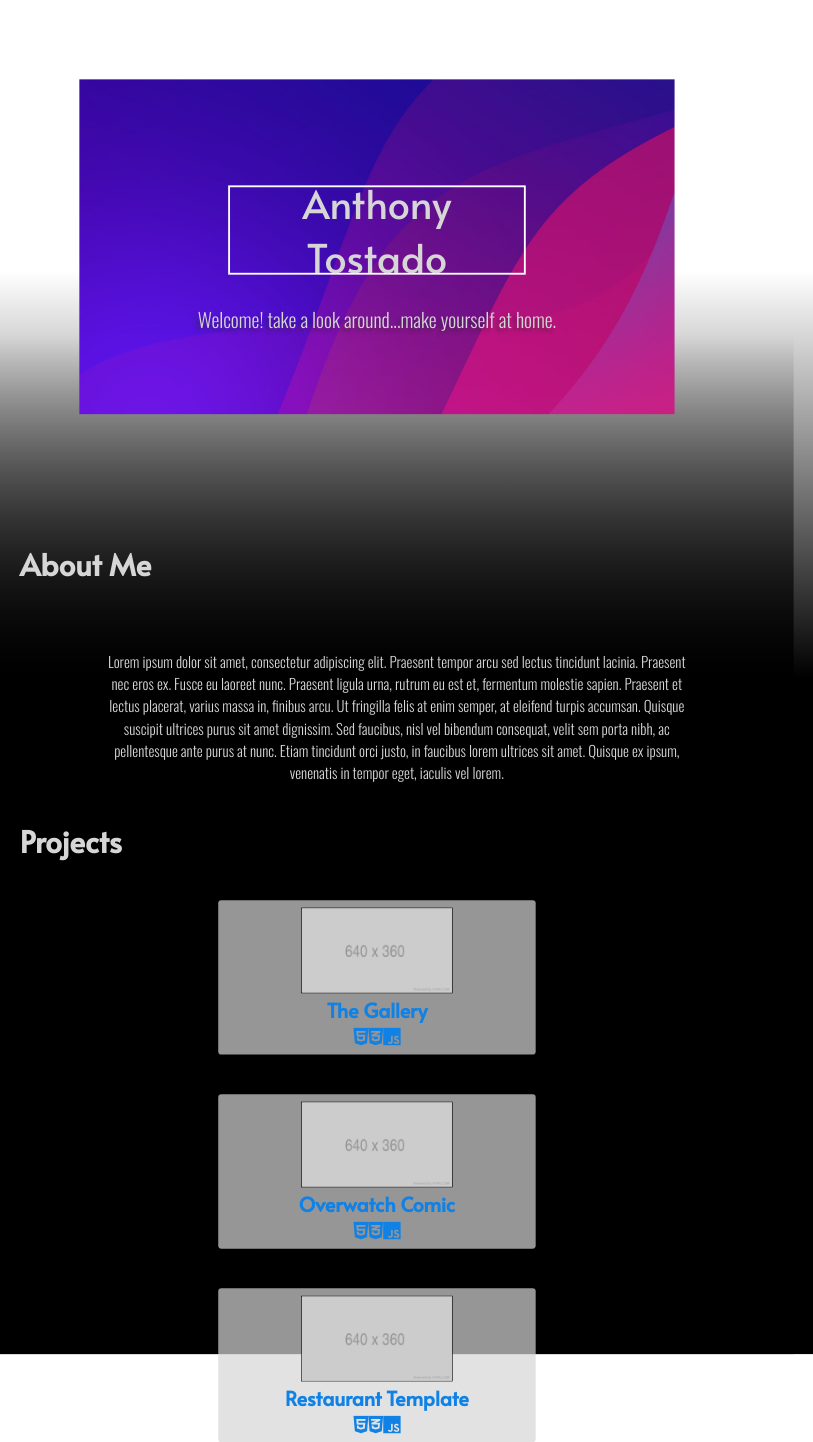
Repository: sloppytony/newport
Page: / (app in portfolio/)
These files come from the project's save history. The page is drawn as it stood at one moment and after the next save; the edit follows.
The browser window is 1280 px wide. The page is 1312 px wide, so the pictures cover 1312 px, including what lies to the right of the window. The pictures show the whole page, at 62% of full size.
Some web libraries are served in a nearby version. The project was rebuilt for these pictures with package versions that can differ from the ones it lists, and the page was loaded fresh each time.

Above is the page before, as saved 2020-08-23 15:26:15.

### portfolio/public/index.html
<!DOCTYPE html>
<html lang="en">
  <head>
    <meta charset="utf-8" />
    <link rel="icon" href="%PUBLIC_URL%/favicon.ico" />
    <meta name="viewport" content="width=device-width, initial-scale=1" />
    <meta name="theme-color" content="#000000" />
    <meta
      name="description"
      content="Web site created using create-react-app"
    />
    <link rel="apple-touch-icon" href="%PUBLIC_URL%/logo192.png" />
    <!--
      manifest.json provides metadata used when your web app is installed on a
      user's mobile device or desktop. See https://developers.google.com/web/fundamentals/web-app-manifest/
    -->
    <link rel="manifest" href="%PUBLIC_URL%/manifest.json" />
    <!--
      Notice the use of %PUBLIC_URL% in the tags above.
      It will be replaced with the URL of the `public` folder during the build.
      Only files inside the `public` folder can be referenced from the HTML.

      Unlike "/favicon.ico" or "favicon.ico", "%PUBLIC_URL%/favicon.ico" will
      work correctly both with client-side routing and a non-root public URL.
      Learn how to configure a non-root public URL by running `npm run build`.
    -->
    <link
      href="https://fonts.googleapis.com/css2?family=Alata&family=Oswald:wght@300&display=swap"
      rel="stylesheet"
    />
    <script
      src="https://kit.fontawesome.com/9a01f23326.js"
      crossorigin="anonymous"
    ></script>
    <title>React App</title>
  </head>
  <body>
    <noscript>You need to enable JavaScript to run this app.</noscript>
    <div id="root"></div>
    <!--
      This HTML file is a template.
      If you open it directly in the browser, you will see an empty page.

      You can add webfonts, meta tags, or analytics to this file.
      The build step will place the bundled scripts into the <body> tag.

      To begin the development, run `npm start` or `yarn start`.
      To create a production bundle, use `npm run build` or `yarn build`.
    -->
  </body>
</html>

### portfolio/src/index.css
* {
  margin: 0;
  padding: 0;
  box-sizing: border-box;
}

body {
  background: linear-gradient(
    180deg,
    rgba(0, 0, 0, 0) 20%,
    rgba(0, 0, 0, 1) 50%
  );
}

### portfolio/src/App.js
import React from "react";

import "./App.css";

function App() {
  return (
    <body>
      <div className="section1-container">
        <div className="section1">
          <h1 className="mainTitle">Anthony Tostado</h1>
          <p className="mainPara">
            Welcome! take a look around...make yourself at home.
          </p>
          <h2 className="scroll">Scroll</h2>
        </div>
      </div>
      <div className="section2">
        <h1 className="aboutTitle">About Me</h1>
        <p className="aboutPara">
          Lorem ipsum dolor sit amet, consectetur adipiscing elit. Praesent
          tempor arcu sed lectus tincidunt lacinia. Praesent nec eros ex. Fusce
          eu laoreet nunc. Praesent ligula urna, rutrum eu est et, fermentum
          molestie sapien. Praesent et lectus placerat, varius massa in, finibus
          arcu. Ut fringilla felis at enim semper, at eleifend turpis accumsan.
          Quisque suscipit ultrices purus sit amet dignissim. Sed faucibus, nisl
          vel bibendum consequat, velit sem porta nibh, ac pellentesque ante
          purus at nunc. Etiam tincidunt orci justo, in faucibus lorem ultrices
          sit amet. Quisque ex ipsum, venenatis in tempor eget, iaculis vel
          lorem.{" "}
        </p>
      </div>
      <div className="section3">
        <h1 className="projectTitle">Projects</h1>
        <div className="projectContent">
          <div className="card1">
            <img
              className="cardImage"
              src={require("../src/img/640x360.png")}
            ></img>
            <h1 className="cardTitle">The Gallery</h1>
            <section className="icons">
              <i class="fab fa-html5 fa-2x"></i>
              <i class="fab fa-css3-alt fa-2x"></i>
              <i class="fab fa-js fa-2x"></i>
            </section>
          </div>
          <div className="card2">
            <img
              className="cardImage"
              src={require("../src/img/640x360.png")}
            ></img>
            <h1 className="cardTitle">Overwatch Comic</h1>
            <section className="icons">
              <i class="fab fa-html5 fa-2x"></i>
              <i class="fab fa-css3-alt fa-2x"></i>
              <i class="fab fa-js fa-2x"></i>
            </section>
          </div>
          <div className="card3">
            <img
              className="cardImage"
              src={require("../src/img/640x360.png")}
            ></img>
            <h1 className="cardTitle">Restaurant Template</h1>
            <section className="icons">
              <i class="fab fa-html5 fa-2x"></i>
              <i class="fab fa-css3-alt fa-2x"></i>
              <i class="fab fa-js fa-2x"></i>
            </section>
          </div>
        </div>
      </div>
    </body>
  );
}

export default App;

### portfolio/src/App.css
.image {
  width: 100%;
  height: 100%;
}

/*opening page*/
.section1 {
  height: 100vh;
  width: 100%;
  display: flex;
  justify-content: center;
  align-items: center;
  flex-direction: column;
}

div.section1-container {
  width: 75%;
  height: 75vh;
  background: url("./img/8_28_orig-Copy.png");
  margin: 10%;
}

.mainTitle {
  font-family: "Alata", sans-serif;
  font-weight: 100;
  font-size: 400%;
  display: flex;
  justify-content: center;
  align-items: center;
  text-align: center;
  color: rgb(214, 214, 214);

  animation: fadeIn 1.5s;
  border: 3px solid white;
  width: 50%;
  height: 20%;
}

.mainPara {
  font-family: "Oswald", sans-serif;
  font-size: 200%;
  display: flex;
  align-items: center;
  text-align: center;
  color: rgb(214, 214, 214);
  padding: 5%;
  text-shadow: -5px 5px 5px rgba(44, 44, 44, 0.5);
  animation: fadeIn 1.5s;
}

.scroll {
  font-family: "Oswald", sans-serif;
  font-size: 300%;
  padding-bottom: 2%;
  animation: pulse 2.5s infinite;
  color: rgb(214, 214, 214);
}

/*about*/
.section2 {
  height: 75vh;
  width: 100%;
  overflow: hidden;
  display: flex;
  align-items: center;
  justify-content: center;
  flex-direction: column;
  margin-bottom: 10%;
}

h1.aboutTitle {
  height: 20%;
  width: 100%;
  margin-left: 5%;
  font-family: "Alata", sans-serif;
  font-size: 300%;
  color: rgb(214, 214, 214);
}

p.aboutPara {
  width: 75%;
  height: 20vh;
  text-align: center;
  margin: 5%;
  font-size: 150%;
  font-family: "Oswald", sans-serif;
  color: rgb(214, 214, 214);
}

/*projects*/
.section3 {
  height: 100vh;
  width: 100%;

  color: rgb(16, 130, 230);
  display: flex;
  justify-content: center;
  align-items: center;
  flex-direction: column;
}

div.projectContent {
  width: 100%;
  display: flex;
  align-items: center;
  justify-content: center;
  flex-direction: column;
  margin-right: 10%;
}

h1.projectTitle {
  height: 20vh;
  width: 100%;
  margin-left: 5%;
  font-size: 300%;
  font-family: "Alata", sans-serif;
  color: rgb(214, 214, 214);
}

div.card1 {
  height: 50%;
  width: 40%;
  display: flex;
  justify-content: center;
  align-items: center;
  flex-direction: column;
  background: rgb(214, 214, 214, 0.7);
  border-radius: 5px 5px 5px;
  margin-left: 5%;
  padding: 1%;
  margin-top: 5%;
}

div.card2 {
  height: 50%;
  width: 40%;
  display: flex;
  justify-content: center;
  align-items: center;
  flex-direction: column;
  background: rgb(214, 214, 214, 0.7);
  border-radius: 5px 5px 5px;
  margin-left: 5%;
  padding: 1%;
  margin-top: 5%;
}

div.card3 {
  height: 50%;
  width: 40%;
  display: flex;
  justify-content: center;
  align-items: center;
  flex-direction: column;
  background: rgb(214, 214, 214, 0.7);
  border-radius: 5px 5px 5px;
  margin-left: 5%;
  padding: 1%;
  margin-top: 5%;
}

img.cardImage {
  width: 50%;
  border: 1px solid black;
}

h1.cardTitle {
  margin: 1%;
  font-size: 300;
  font-family: "Alata", sans-serif;
}

@keyframes fadeIn {
  from {
    opacity: 0;
  }
  to {
    opacity: 1;
  }
}

@keyframes pulse {
  0% {
    opacity: 0;
  }

  50% {
    opacity: 1;
  }
  100% {
    opacity: 0;
  }
}

Loaded but not shown: portfolio/src/index.js (common file); portfolio/src/serviceWorker.js (common file)

After the next save:
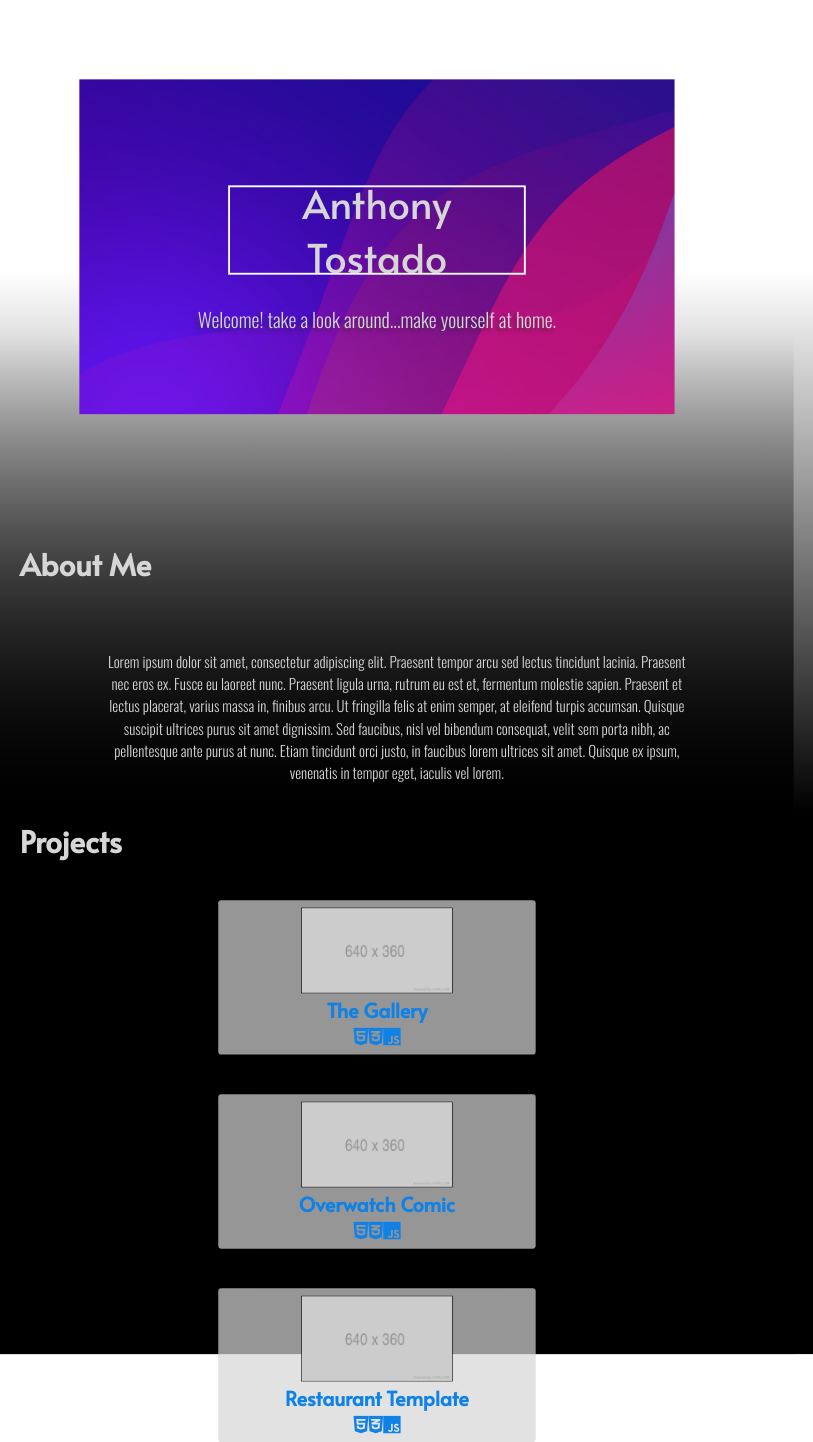
Saved 4 s later.
--- a/portfolio/src/index.css
+++ b/portfolio/src/index.css
@@ -8,6 +8,6 @@ body {
   background: linear-gradient(
     180deg,
     rgba(0, 0, 0, 0) 20%,
-    rgba(0, 0, 0, 1) 50%
+    rgba(0, 0, 0, 1) 60%
   );
 }
